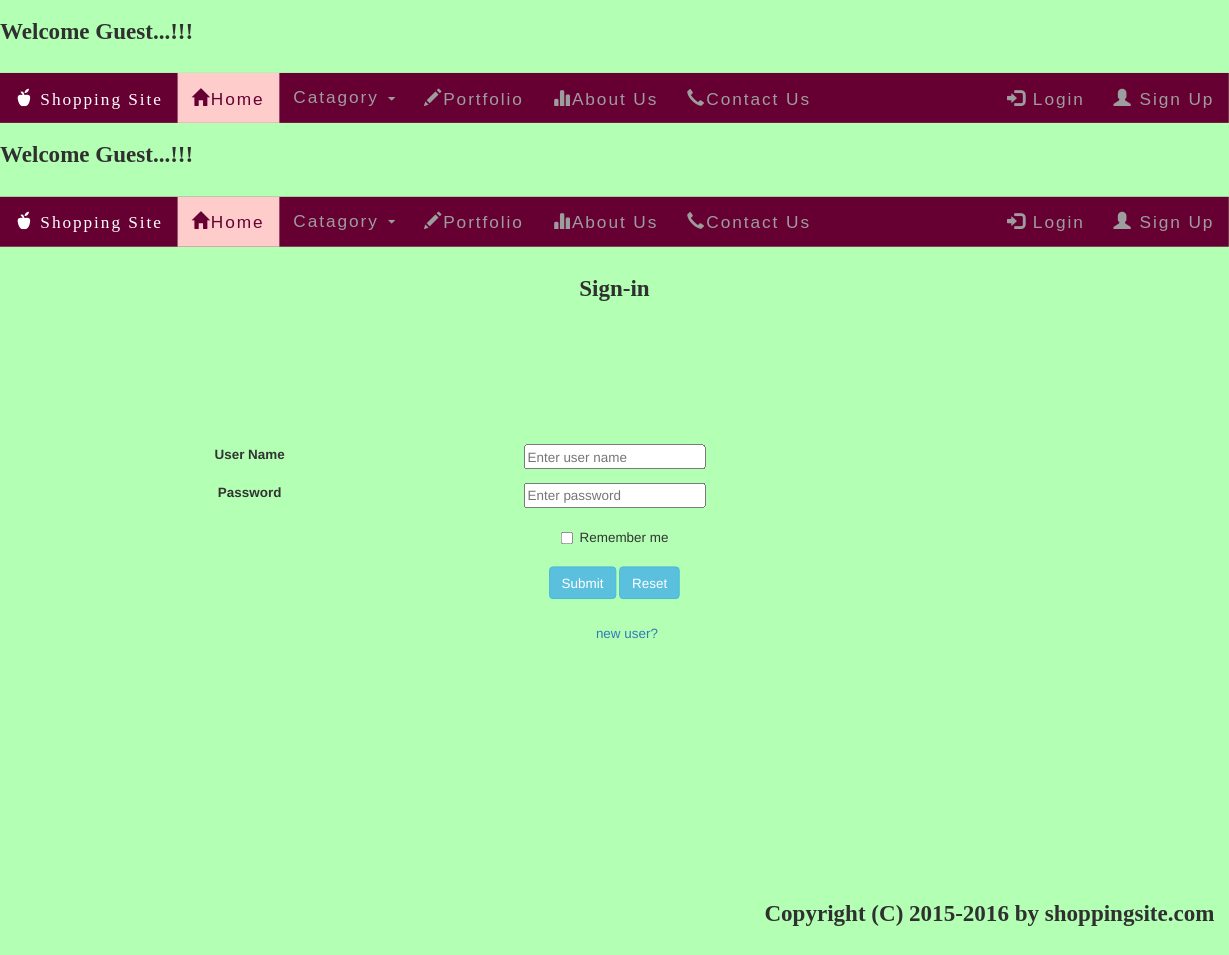
Repository: priyasuthakar/priya
Page: http://localhost/Apple/WEB-INF/views/login.jsp
The author's editor kept a copy of each file at every save. The page is drawn from the files as they stood at one save, then again after the next save.
The browser window is 1280 px wide. The pictures show the whole page, at 96% of full size.
The page is served by Tomcat 9. Nobody is signed in. The template is opened directly, without the code that normally fills it, so the values that code supplies are empty.

Above is the page before, as saved 2016-08-23 06:44:48.

After the next save:
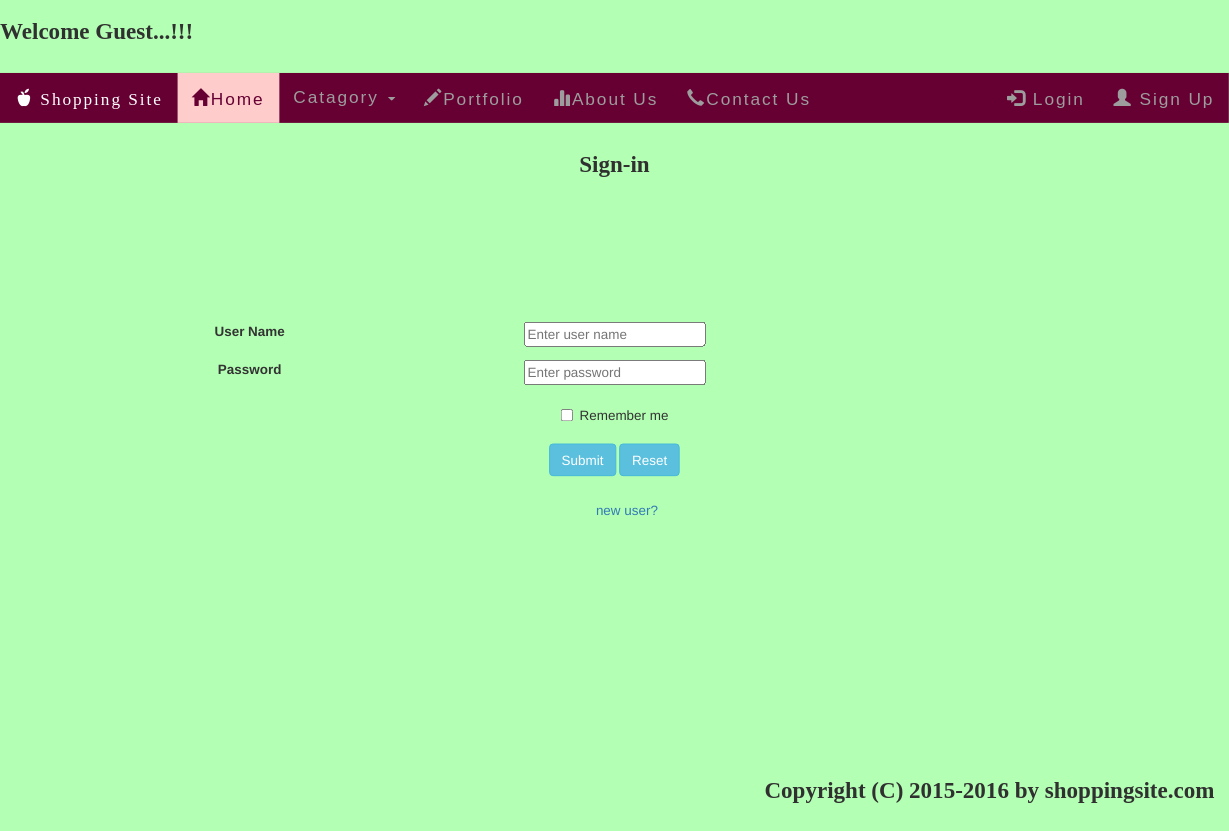
Saved 11 min 16 s later.
--- a/Apple/src/main/webapp/WEB-INF/views/login.jsp
+++ b/Apple/src/main/webapp/WEB-INF/views/login.jsp
@@ -5,7 +5,6 @@
 <%@ taglib uri="http://www.springframework.org/tags/form" prefix="form"%>
 <%-- <%@ page session="false"%> --%>
 <%@page isELIgnored="false"%>
-<%@include file="/WEB-INF/views/Header.jsp"%>
 
 <!DOCTYPE html PUBLIC "-//W3C//DTD HTML 4.01 Transitional//EN" "http://www.w3.org/TR/html4/loose.dtd">
 <html>
